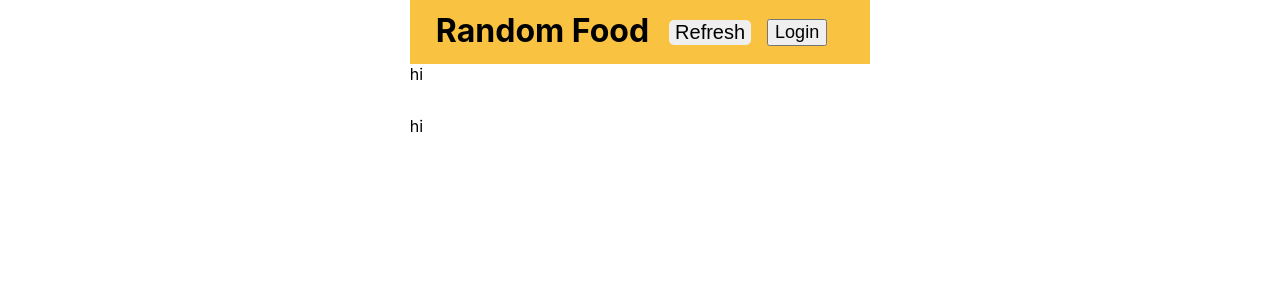
Repository: limjoohyun2030/random-food
Page: /random-food/home
The author's editor kept a copy of each file at every save. The page is drawn from the files as they stood at one save, then again after the next save.
The browser window is 1280 px wide. The pictures show the whole page.
The page's requests for data from a server got no answer. The project was rebuilt for these pictures with package versions that can differ from the ones it lists, and the page was loaded fresh each time. A package was used in the major version that the imports need, not the one package.json lists. No one was signed in, and anything a server would have sent is missing. Also part of the build but not shown: src/components/food_detail/food_detail.module.css, src/components/food_detail/food_detail.jsx, src/components/food_item/food_item.module.css, src/components/food_item/food_item.jsx, src/components/login/login.module.css, src/components/login/login.jsx.

Above is the page before, as saved 2021-11-11 02:17:51.

### public/index.html
<!DOCTYPE html>
<html lang="en">
  <head>
    <meta charset="utf-8" />
    <link rel="icon" href="/images/foodIcon.ico" />
    <meta name="viewport" content="width=device-width, initial-scale=1" />
    <meta name="theme-color" content="#000000" />
    <meta
      name="description"
      content="Web site created using create-react-app"
    />

    <title>Random Food</title>
  </head>
  <body>
    <noscript>You need to enable JavaScript to run this app.</noscript>
    <div id="root"></div>
  </body>
</html>

### src/index.js
import React from "react";
import ReactDOM from "react-dom";
import "./index.css";
import App from "./app";
import AuthService from "./service/auth_service";

const authService = new AuthService();

ReactDOM.render(
  <React.StrictMode>
    <App authService={authService} />
  </React.StrictMode>,
  document.getElementById("root")
);

### src/index.css
body {
  margin: 0;
  padding: 0;
  font-family: -apple-system, BlinkMacSystemFont, "Segoe UI", "Roboto", "Oxygen",
    "Ubuntu", "Cantarell", "Fira Sans", "Droid Sans", "Helvetica Neue",
    sans-serif;
  -webkit-font-smoothing: antialiased;
  -moz-osx-font-smoothing: grayscale;
}

code {
  font-family: source-code-pro, Menlo, Monaco, Consolas, "Courier New",
    monospace;
}

* {
  box-sizing: border-box;
}

#root {
  display: flex;
  justify-content: center;
}

### src/app.jsx
import { useEffect, useState, useRef } from "react";
import { BrowserRouter, Route, Switch } from "react-router-dom";
import styles from "./app.module.css";
import FoodDetail from "./components/food_detail/food_detail";
import FoodList from "./components/food_list/food_list";
import Header from "./components/header/header";
import Login from "./components/login/login";


function App({ authService }) {
  const ref = useRef();
  const [foods, setFoods] = useState([]);
  const [isSelectedFood, setIsSelectedFood] = useState();
  const [isFoodOpen, setIsFoodOpen] = useState(false);
  const [isRefresh, setIsRefresh] = useState(false);

  const selectFood = (food) => {
    setIsSelectedFood(food);
  };

  const onRefreshClick = () => {
    setIsRefresh((oldstate) => !oldstate);
  };

  useEffect(() => {
    const myHeaders = new Headers();
    myHeaders.append("Content-Type", "application/json");

    const requestOptions = {
      method: "GET",
      headers: myHeaders,
      redirect: "follow",
    };

    fetch(
      "https://api.spoonacular.com/recipes/random?number=4&apiKey=92cedfb0b9e844679738e6c6c90cd453",
      requestOptions
    )
      .then((response) => response.json())
      .then((result) => setFoods(result.recipes))
      .catch((error) => console.log("error", error));
  }, [isRefresh]);

  useEffect(() => {
    const checkIfClickedOutside = (e) => {
      if (isFoodOpen && ref.current && !ref.current.contains(e.target)) {
        setIsFoodOpen(false);
      }
    };

    document.addEventListener("mousedown", checkIfClickedOutside);

    return () => {
      document.removeEventListener("mousedown", checkIfClickedOutside);
    };
  }, [isFoodOpen]);

  return (
    <div className={styles.app}>
      <BrowserRouter>
        <Switch>
          <Route
            exact
            path="/random-food/"
            render={() => <Login authService={authService} />}
          />

          <Route
            path="/random-food/home"
            render={() => (
              <div>
                <Header onRefreshClick={onRefreshClick} />
                <section>
                  <div className={styles.detail}>
                    {isFoodOpen && <FoodDetail food={isSelectedFood} />}
                  </div>

                  <div
                    className={styles.list}
                    onClick={() => setIsFoodOpen((oldstate) => !oldstate)}
                  >
                    <FoodList
                      foods={foods}
                      onFoodClick={selectFood}
                      ref={ref}
                    />
                  </div>
                </section>
              </div>
            )}
          />
          <Route path="*">
            <h2>Page Not Found</h2>
          </Route>
        </Switch>
      </BrowserRouter>
    </div>
  );
}

export default App;

### src/service/auth_service.js
import firebase from "firebase";
import firebaseApp from "./firebase";

class AuthService {
  login() {
    const authProvider = new firebase.auth.GoogleAuthProvider();
    return firebaseApp.auth().signInWithPopup(authProvider);
  }
}

export default AuthService;

### src/app.module.css
/* @value makerLightOrange from './common/colors.css'; */

.app {
  max-width: 100rem;
  /* background-image: url("https://image.freepik.com/free-photo/spaghetti-with-spicy-mixed-seafood-dark-background_1150-45297.jpg"); */
  background-repeat: no-repeat;
  background-size: 100vw 100vh;
}

.content {
  position: relative;
}

.detail {
  z-index: 2;
  /* margin: auto 0; */
  margin-top: 5px;
  height: 520px;
  width: auto;
  position: absolute;
  background-color: #dfe08e;
}

.list {
  /* visibility: hidden; */
  z-index: 1;
}

### src/components/food_list/food_list.jsx
import React from "react";
import FoodItem from "../food_item/food_item";
import styles from "./food_list.module.css";

const FoodList = React.forwardRef(({ foods, onFoodClick }, ref) => {
  return (
    <section>
      <div className={styles.sidebarLeft}>hi</div>
      <ul className={styles.foods}>
        {foods &&
          foods.map((food) => (
            <FoodItem
              key={food.id}
              food={food}
              onFoodClick={onFoodClick}
              ref={ref}
            />
          ))}
      </ul>
      <div className={styles.sidebarRight}>hi</div>
    </section>
  );
});

export default FoodList;

### src/components/header/header.jsx
import styles from "./header.module.css";
import React from "react";

const Header = ({ onRefreshClick }) => {
  return (
    <header className={styles.header}>
      <div className={styles.leftbox}>
        {/* <img
          className={styles.foodIcon}
          src="https://github.com/Sweetpotatopizza/random-food/blob/main/public/images/reloadIcon.png"
          alt="logo"
        /> */}
        <h1 className={styles.title}>Random Food</h1>
        <button className={styles.reloadBox} onClick={onRefreshClick}>
          Refresh
          {/* <img
            className={styles.reloadBtn}
            src="/images/reload.png"
            alt="reload"
          /> */}
        </button>
      </div>
      {/* fontawesome needed */}
      <div className={styles.rightbox}>
        {/* <button className={styles.like}>Like</button> */}
        <button className={styles.login}>Login</button>
      </div>
    </header>
  );
};

export default Header;

### src/service/firebase.js
// Import the functions you need from the SDKs you need
// import { initializeApp } from "firebase/app";
import firebase from "firebase";

// TODO: Add SDKs for Firebase products that you want to use
// https://firebase.google.com/docs/web/setup#available-libraries

// Your web app's Firebase configuration
// For Firebase JS SDK v7.20.0 and later, measurementId is optional
const firebaseConfig = {
  apiKey: process.env.REACT_APP_FIREBASE_API_KEY,
  authDomain: process.env.REACT_APP_FIREBASE_AUTH_DOMAIN,
  databaseURL: process.env.REACT_APP_FIREBASE_DB_URL,
  projectId: process.env.REACT_APP_FIREBASE_PROJECT_ID,
  appId: process.env.REACT_APP_FIREBASE_APP_ID,
};

// console.log(process.env.REACT_APP_FIREBASE_API_KEY);
// Initialize Firebase
const firebaseApp = firebase.initializeApp(firebaseConfig);
export default firebaseApp;

### src/components/food_list/food_list.module.css
.foods {
  display: flex;
  flex-wrap: wrap;
  list-style: none;
  justify-content: center;
  align-items: center;
  width: 80%;
  margin: 1em auto;
  padding: 0;
}

.sidebars {
  background-color: chartreuse;
  font-size: 2em;
}

@media screen and (max-width: 769px) {
  .foods {
    flex-direction: column;
    flex-wrap: nowrap;
    width: 100%;
  }
}

### src/components/header/header.module.css
/* @value makerOrange from '../../common/colors.css'; */

.header {
  display: flex;
  height: 4rem;
  padding: 0.8em 1em;
  background-color: #fac241;
  align-items: center;
  justify-content: space-between;
}

.leftbox {
  display: flex;
  align-items: center;
  margin-right: 1em;
}

.title {
  margin-top: 19px;
  margin-left: 10px;
}

.foodIcon {
  width: 50px;
  height: 50px;
}

.reloadBox {
  font-size: 20px;
  border-radius: 5px;
  border: none;
  margin-left: 1em;
  transition: transform 200ms ease-in-out;
}

.reloadBox:hover {
  cursor: pointer;
  transform: scale(1.07);
}

.reloadBtn {
  width: 40px;
  height: 40px;
}

.reloadBtn:hover {
  cursor: pointer;
  animation-name: spin;
  animation-duration: 2000ms;
  animation-iteration-count: infinite;
  animation-timing-function: linear;
}

@keyframes spin {
  from {
    transform: rotate(0deg);
  }
  to {
    transform: rotate(360deg);
  }
}

.like {
  margin-right: 1.5em;
  font-size: large;
  cursor: pointer;
  transition: transform 200ms ease-in-out;
}

.like:hover {
  transform: scale(1.07);
}

.login {
  margin-right: 1.5em;
  font-size: large;
  cursor: pointer;
  transition: transform 200ms ease-in-out;
}

.login:hover {
  transform: scale(1.07);
}

After the next save:
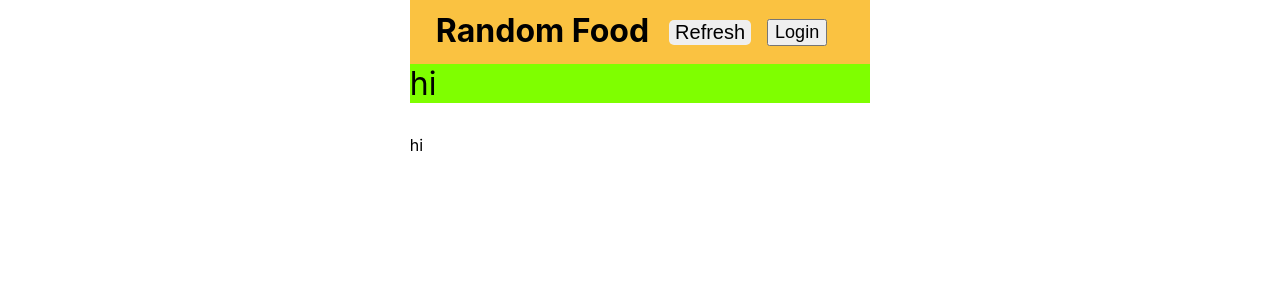
Saved 4 s later.
--- a/src/components/food_list/food_list.module.css
+++ b/src/components/food_list/food_list.module.css
@@ -9,7 +9,7 @@
   padding: 0;
 }
 
-.sidebars {
+.sidebarLeft {
   background-color: chartreuse;
   font-size: 2em;
 }
